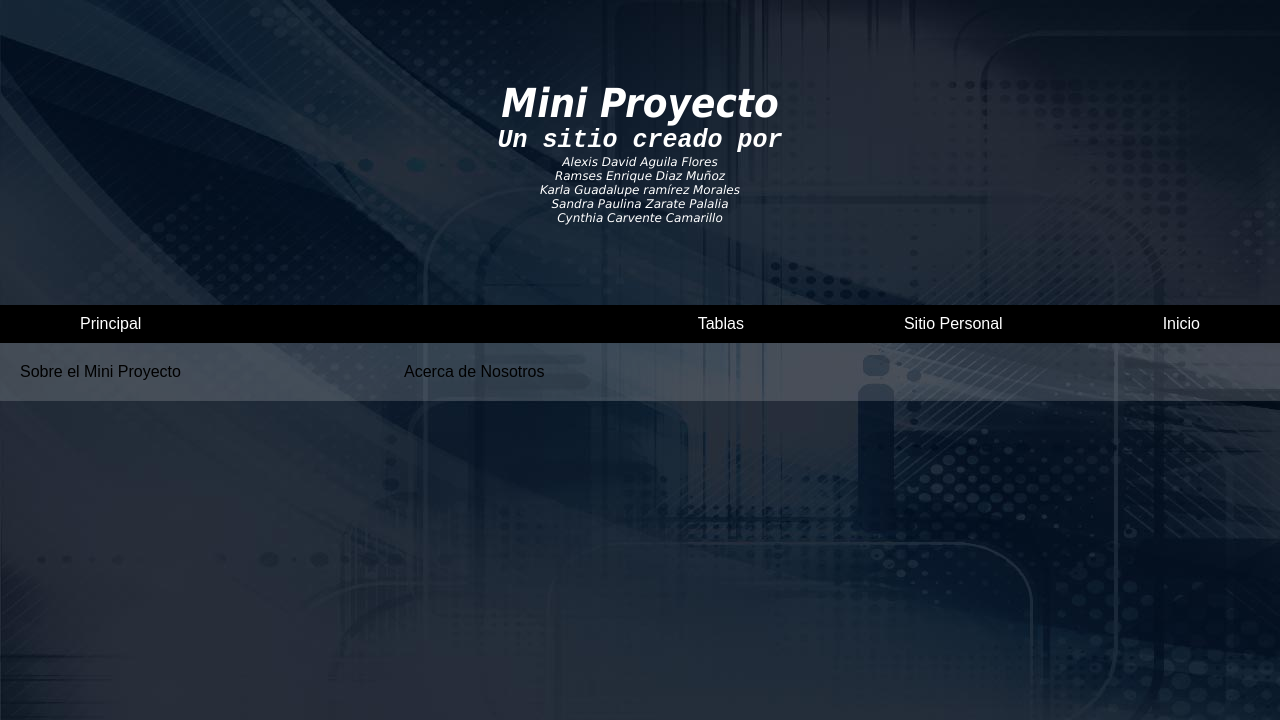
Repository: Dogueen/miniProyectoUniversidad
Page: miniProyecto/principal.html
These files come from the project's save history. The page is drawn as it stood at one moment and after the next save; the edit follows.
The browser window is 1280 px wide. The pictures show the whole page.

Above is the page before, as saved 2023-10-31 15:29:13.

After the next save:
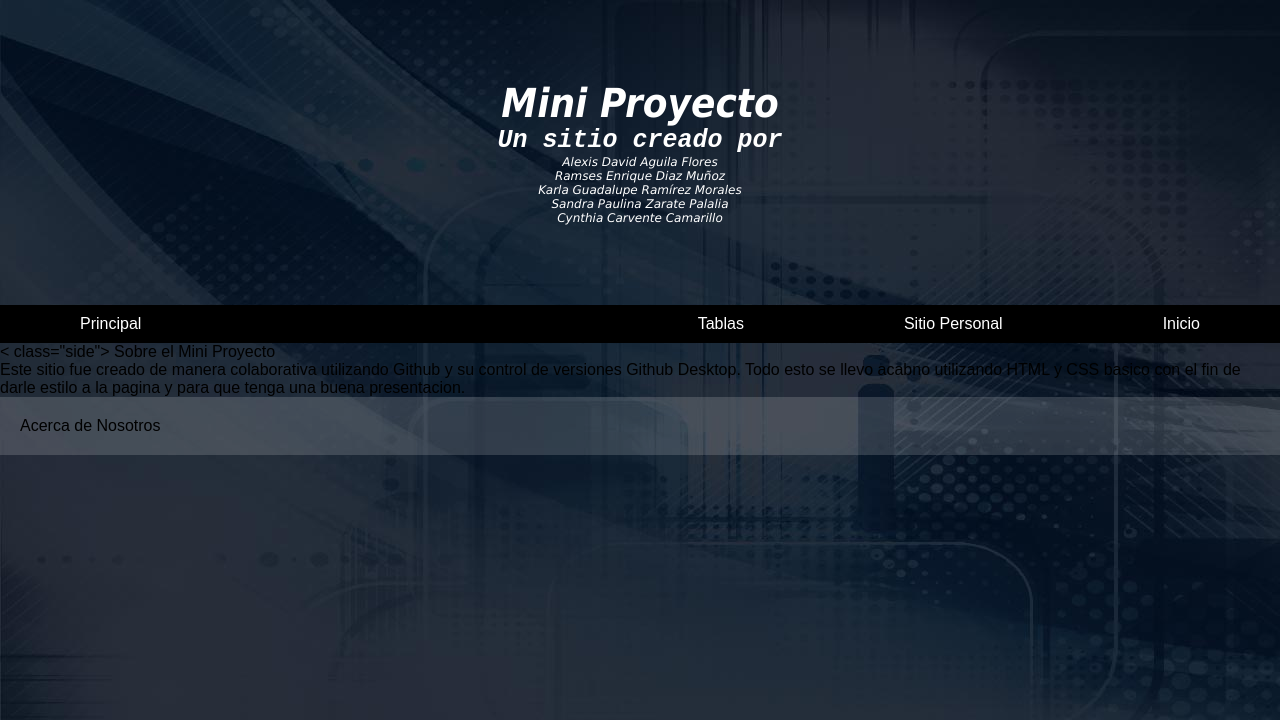
Saved 3 h 31 min later.
--- a/miniProyecto/principal.html
+++ b/miniProyecto/principal.html
@@ -19,7 +19,7 @@
         <dl>
             <dt>Alexis David Aguila Flores</dt>
             <dt>Ramses Enrique Diaz Muñoz</dt>
-            <dt>Karla Guadalupe ramírez Morales</dt>
+            <dt>Karla Guadalupe Ramírez Morales</dt>
             <dt>Sandra Paulina Zarate Palalia</dt>
             <dt>Cynthia Carvente Camarillo</dt>
         </dl>
@@ -33,8 +33,12 @@
     </div>
 
     <div class="row">
-        <div class="side">
+        < class="side">
             <caption>Sobre el Mini Proyecto</caption>
+            <p>Este sitio fue creado de manera colaborativa utilizando Github y su control de
+                versiones Github Desktop. Todo esto se llevo acabno utilizando HTML y CSS
+                basico con el fin de darle estilo a la pagina y para que tenga una buena presentacion.
+                 </p>
         </div>
         <div class="main"><caption>Acerca de Nosotros</caption></div>
     </div>
